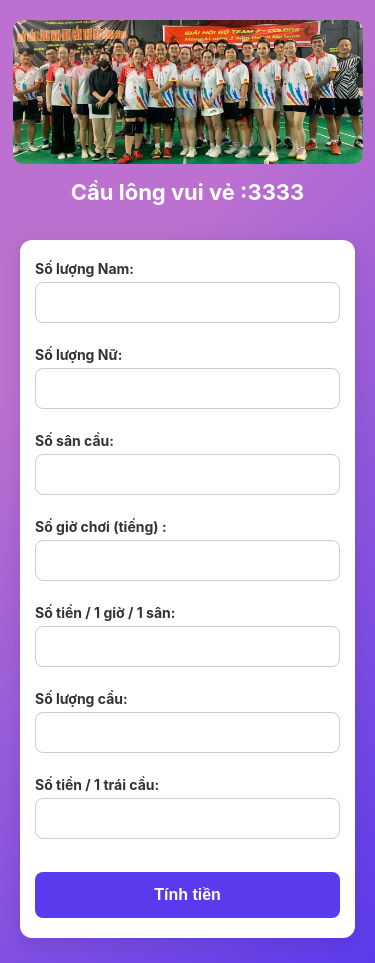
Repository: LuongPTCE181311/Badminton
Page: index.html
An editor plug-in stored every save of this project. The page is shown before and after the next save, followed by the edit.
The browser window is 375 px wide. The pictures show the whole page.

Above is the page before, as saved 2025-12-08 00:47:50.

After the next save:
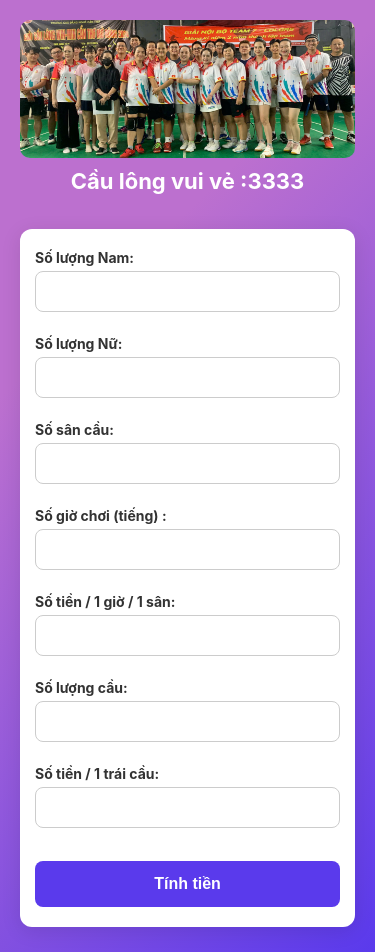
Saved 21 s later.
--- a/assets/css/style.css
+++ b/assets/css/style.css
@@ -224,7 +224,7 @@
     padding: 10px 0;
   }
 
-  . hero-img {
+  .hero-img {
     max-width: 100%;
     width: calc(100% - 20px);
     margin: 0 auto 10px auto;
